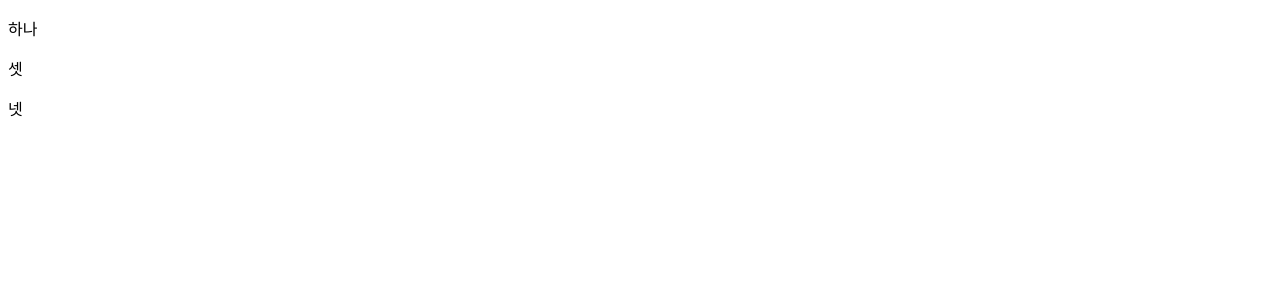
Repository: Baechangho/JavaBasic
Page: workspace_web/Front/src/main/webapp/jquery/jq_12.html
An editor plug-in stored every save of this project. The page is shown before and after the next save, followed by the edit.
The browser window is 1280 px wide. The pictures show the whole page.

Above is the page before, as saved 2023-08-10 01:01:42.
Console error: TypeError: Cannot read properties of undefined (reading 'append')

### workspace_web/Front/src/main/webapp/jquery/jq_12.html
<!DOCTYPE html>
<html>
<head>
<meta charset="UTF-8">
<title>Insert title here</title>
<script type="text/javascript" src="https://code.jquery.com/jquery-3.7.0.min.js"></script>
<script type="text/javascript">
$(function() {

	console.log($("div").children().eq(0)).append("<p>").html("둘")



})
</script>
</head>
<!-- QUIZ -->
<!-- p태그를 1개 생성 -->
<!-- 내용물은 "둘"로 작성 -->

<!-- 스타일 지정 -->
<!-- 글자색: 파랑 -->
<!-- 배경색: 빨강 -->

<!-- 하나 둘 셋 넷 순서에 맞게 추가하기 -->

<body>
<div>
	<p>하나</p>
	<p>셋</p>
	<p>넷</p>
</div>
</body>
</html>

After the next save:
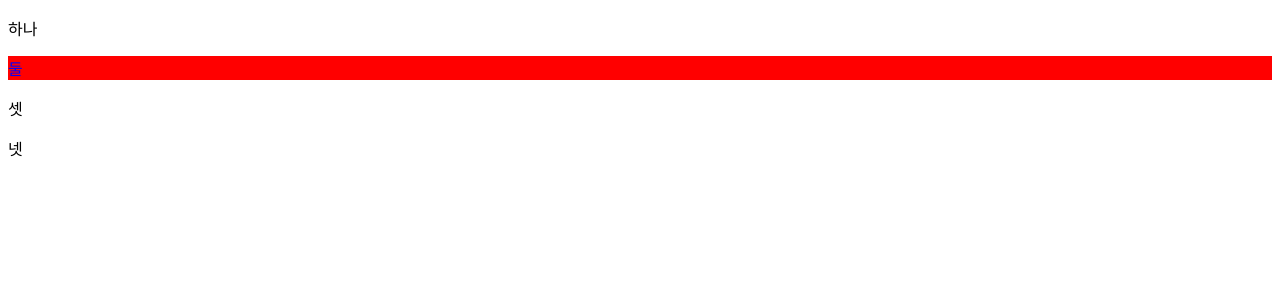
The error is gone.
Saved 76 s later.
--- a/workspace_web/Front/src/main/webapp/jquery/jq_12.html
+++ b/workspace_web/Front/src/main/webapp/jquery/jq_12.html
@@ -7,7 +7,9 @@
 <script type="text/javascript">
 $(function() {
 
-	console.log($("div").children().eq(0)).append("<p>").html("둘")
+	$("<p>").text("둘").css({
+		color: 'blue', background: 'red'
+	}).insertAfter($("div").find("p").eq(0))
 
 
 
